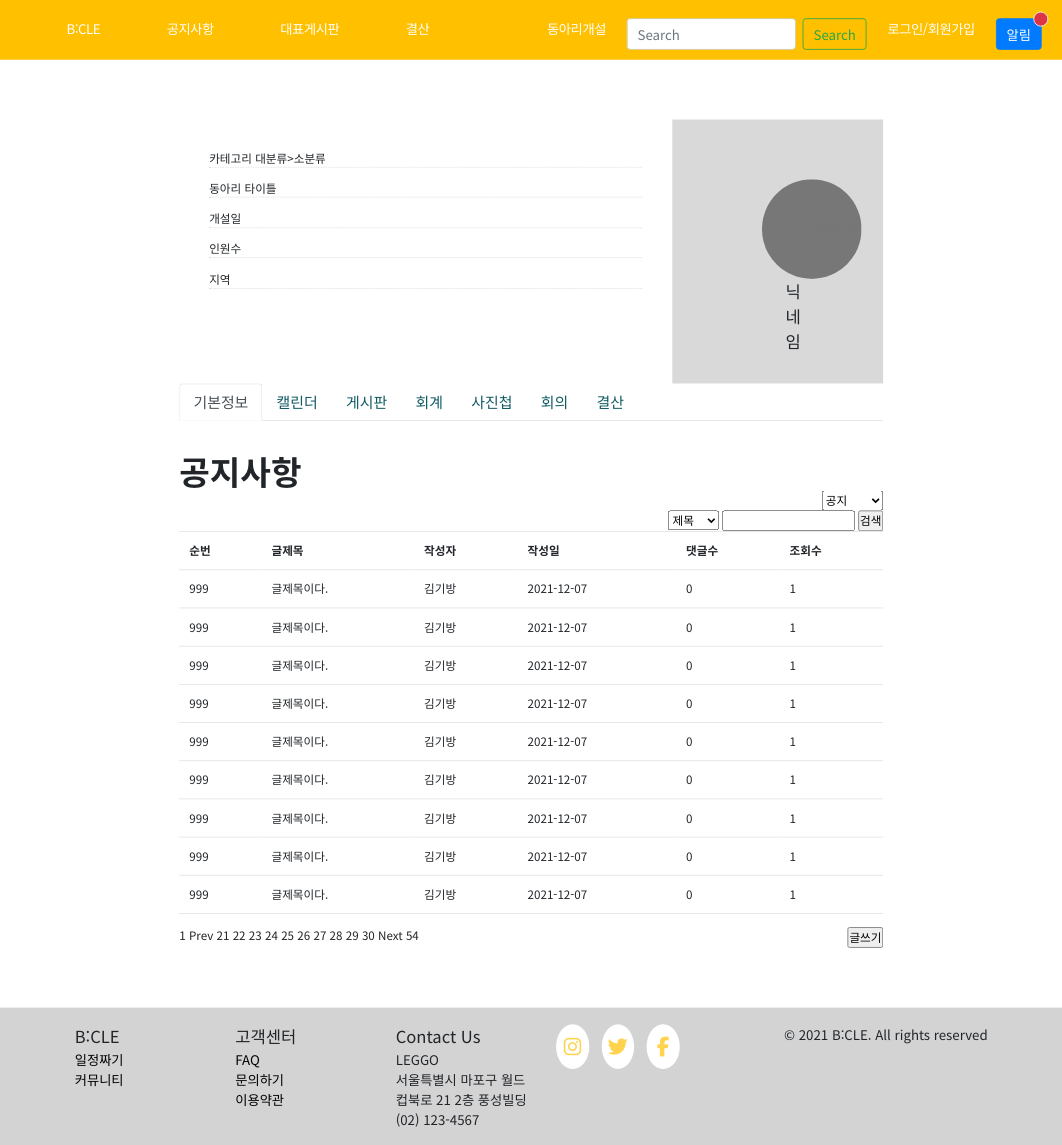
Repository: hyodii/FinalProject
Page: http://localhost/ViewPage/beenoticeList.jsp
The author's editor kept a copy of each file at every save. The page is drawn from the files as they stood at one save, then again after the next save.
The browser window is 1280 px wide. The pictures show the whole page, at 83% of full size.
Some web fonts or font styles are not loaded; a fallback is used. Some web libraries are served in a nearby version. The page is served by Tomcat 9.

Above is the page before, as saved 2021-12-13 05:44:02.
Console error: ReferenceError: $ is not defined

### ViewPage/WebContent/beenoticeList.jsp
<%@ page contentType="text/html; charset=UTF-8"%>
<%@ taglib prefix="c" uri="http://java.sun.com/jsp/jstl/core"%>
<%
   request.setCharacterEncoding("UTF-8");
   String cp = request.getContextPath();
%>
<!DOCTYPE html>
<html>
<head>
<meta charset="UTF-8">
<title>beenoticeList.jsp</title>
<style type="text/css">

/*    .left
   {
      float: left;
   }
   .right
   {
      float: right;
   }
 */


#wrap
{
	min-height: 100vh;
    position: relative;
    width: 100%;

}

#footer
{
	display: flex;
	justify-content: space-between;
}

#content
{
	margin: 5vh 30vh 10vh 30vh;
}

.boxsearch
{
	text-align: right;
}


</style>
</head>
<body>


<!--
 beenoticeList.jsp
-  동아리 내 게시판 > 공지사항
-->
<div id="wrap">
   <div>
      <!-- 메뉴 영역 -->
      <c:import url="nav.jsp"></c:import>

      <!-- 사이드바 영역  -->

      <!-- 동아리 공통 메인 -->
		<c:import url="meetingmain.jsp"></c:import>


		<!-- 콘텐츠 영역 -->
     <div id="content">
     	<div>
         <h1>공지사항</h1>
		</div>

		<div class="boxsearch">
			<div class="box">
				<div>
					<form action="" name="categoryForm" method="post">
						<select name="categoryKey" class="selectField">
							<option value="notice" selected="selected">공지</option>
							<option value="talk">자유글</option>
							<option value="greeting">가입인사</option>
							<option value="review">정모후기</option>
							<option value="question">문의글</option>
						</select>
					</form>
				</div>
			</div>

			<div id="search">
				<form action="" name="searchForm" method="post">
					<select name="searchKey" class="selectField">
						<option value="subject">제목</option>
						<option value="name">작성자</option>
					</select> <input type="text" name="searchValue" class="textField"> <input
							type="button" value="검색" class="btn2" onclick="sendIt()">
				</form>
			</div>
      	</div>

         <table id="" class="table" >
              <tr>
                 <!-- 항목 8EA -->
                 <th>순번</th>
                 <th>글제목</th>
                 <th>작성자</th>
                 <th>작성일</th>
                 <th>댓글수</th>
                 <th>조회수</th>
              </tr>

              <tr>
                 <td>999</td>
                 <td>글제목이다.</td>
                 <td>김기방</td>
                 <td>2021-12-07</td>
                 <td>0</td>
                 <td>1</td>
              </tr>
              <tr>
                 <td>999</td>
                 <td>글제목이다.</td>
                 <td>김기방</td>
                 <td>2021-12-07</td>
                 <td>0</td>
                 <td>1</td>
              </tr>
              <tr>
                 <td>999</td>
                 <td>글제목이다.</td>
                 <td>김기방</td>
                 <td>2021-12-07</td>
                 <td>0</td>
                 <td>1</td>
              </tr>
              <tr>
                 <td>999</td>
                 <td>글제목이다.</td>
                 <td>김기방</td>
                 <td>2021-12-07</td>
                 <td>0</td>
                 <td>1</td>
              </tr>
              <tr>
                 <td>999</td>
                 <td>글제목이다.</td>
                 <td>김기방</td>
                 <td>2021-12-07</td>
                 <td>0</td>
                 <td>1</td>
              </tr>
              <tr>
                 <td>999</td>
                 <td>글제목이다.</td>
                 <td>김기방</td>
                 <td>2021-12-07</td>
                 <td>0</td>
                 <td>1</td>
              </tr>
              <tr>
                 <td>999</td>
                 <td>글제목이다.</td>
                 <td>김기방</td>
                 <td>2021-12-07</td>
                 <td>0</td>
                 <td>1</td>
              </tr>
              <tr>
                 <td>999</td>
                 <td>글제목이다.</td>
                 <td>김기방</td>
                 <td>2021-12-07</td>
                 <td>0</td>
                 <td>1</td>
              </tr>
              <tr>
                 <td>999</td>
                 <td>글제목이다.</td>
                 <td>김기방</td>
                 <td>2021-12-07</td>
                 <td>0</td>
                 <td>1</td>
              </tr>

              </table>


        <div id="footer">
         <p>1 Prev 21 22 23 24 25 26 27 28 29 30 Next 54</p>
         <input type="button" value="글쓰기"
         onclick="javaScript:location.href='<%=cp %>/beenoticeCreated.jsp'"/>
      	</div>

     </div>



      <!-- 푸터 영역 -->
      <div>
      	<c:import url="footer2.jsp"></c:import>
      </div>



   </div>

</div>


</body>
</html>

### ViewPage/WebContent/nav.jsp
<%@ page contentType="text/html; charset=UTF-8"%>
<%@ taglib prefix="c" uri="http://java.sun.com/jsp/jstl/core"%>
<%
	request.setCharacterEncoding("UTF-8");
String cp = request.getContextPath();
%>
<!DOCTYPE html>
<html lang="ko">
<head>
<meta charset="UTF-8">
<meta name="viewport" content="width=device-width, initial-scale=1">
<title>B:CLE</title>
<!-- <link rel="stylesheet" href="css/main.css"> -->
<link rel="stylesheet" href="css/font-awesome.min.css">
<link
	href="https://cdn.jsdelivr.net/npm/bootstrap@5.1.3/dist/css/bootstrap.min.css"
	rel="stylesheet"
	integrity="sha384-1BmE4kWBq78iYhFldvKuhfTAU6auU8tT94WrHftjDbrCEXSU1oBoqyl2QvZ6jIW3"
	crossorigin="anonymous">

<style>
@import
	url('https://fonts.googleapis.com/css?family=Exo+2|Noto+Sans+KR&display=swap')
	;
/*reset*/
* {
	margin: 0;
	padding: 0;
}
body {
	margin: 0;
}
h1, h2, h3, h4, h5, h6, p, ul, ol, li, dl, dt, dd {
	margin: 0;
	padding: 0;
}
h1, h2, h3, h4, h5, h6 {
	font-weight: 700;
	font-size: inherit;
}
a {
	color: inherit;
	text-decoration: inherit;
}
img {
	vertical-align: middle;
}
a img {
	border: none;
}
li {
	list-style: none;
}
address, em, i, ul {
	font-style: normal;
}
.mo {
	display: none;
}
body {
	font-family: 'Noto Sans KR', sans-serif;
	font-size: 14px;
}
header {
	font-family: 'Noto Sans KR', sans-serif;
	letter-spacing: -0.5px;
	background: rgb(255, 192, 0);
	color: white;
	height: 10vh;
	width: 100%;
	position: relative;
	margin-top: -20px;
}
.mainHeader {
	width: 100%;
	margin-top: 20px;
	box-sizing: border-box;
	vertical-align: center;
}
.mainHeader .gnbMo {
	display: none;
}
.mainHeader .gnb {
	float: left;
	margin-left: 80px;
	margin-top: 3vh;
}
.mainHeader .gnb li {
	float: left;
	margin-right: 80px;
}
.mainHeader .gnb li a {
	display: block;
	width: 100%;
	height: 100%;
	text-align: center;
	color: #fff;
	font-size: 16px;
	text-decoration-line: none;
}
.mainHeader .gnb li a:hover, .mainHeader .gnb li a:focus {
	color: #ff8342;
}
.mainHeader .tnb {
	float: right;
	margin-top: 3vh;
}
.mainHeader .tnb li {
	float: left;
	margin-right: 25px;
}
.mainHeader .tnb li a {
	display: block;
	width: 100%;
	height: 100%;
	text-align: center;
	font-size: 16px;
	color: #fff;
	text-decoration-line: none;
}
.mainHeader .tnb li:nth-child(1) a i, .mainHeader .tnb li:nth-child(2) a i
	{
	font-size: 20px;
	margin-right: 8px;
}
.mainHeader .tnb li:last-child a {
	display: block;
	width: 105px;
	line-height: 2;
	border: 1px solid #fff;
	border-radius: 30px;
	margin-top: 35px;
}
.mainHeader .tnb li:last-child a i {
	margin-left: 5px;
}
.mainHeader .tnb li:last-child a:hover {
	background: #fff;
	color: #ff8342;
	transition: all 0.3s;
}
.btn-primary {
    color: #fff;
    background-color: #105b63;
    border-color: #105b63;
}
</style>


</head>
<body>
	<!--header-->
	<header>
		<div class="mainHeader">
			<nav class="gnb">
				<ul>
					<li><a href="#">B:CLE</a></li>
					<li><a href="#">공지사항</a></li>
					<li><a href="#">대표게시판</a></li>
					<li><a href="#">결산</a></li>
				</ul>
			</nav>
			<nav class="tnb">
				<ul>

					<li><a href="#">동아리개설</a></li>

					<li>
						<form class="d-flex">
							<input class="form-control me-2" type="search"
								placeholder="Search" aria-label="Search">
							<button class="btn btn-outline-success" type="submit">Search</button>
						</form>
					</li>




					<li><a href="#"></i>로그인/회원가입</a></li>
					<li><button type="button"
							class="btn btn-primary position-relative">
							알림 <span
								class="position-absolute top-0 start-100 translate-middle p-2 bg-danger border border-light rounded-circle">
								<span class="visually-hidden">New alerts</span>
							</span>
						</button></li>
				</ul>
			</nav>
			<nav class="gnbMo">
				<a href="#"><i class="fa fa-bars" aria-hidden="true"></i></a>
			</nav>
		</div>
	</header>
</body>
</html>

<!-- 검색부분에 쓸 부트스트랩 -->
<!--       <form class="d-flex">
        <input class="form-control me-2" type="search" placeholder="Search" aria-label="Search">
        <button class="btn btn-outline-success" type="submit">Search</button>
      </form> -->

### ViewPage/WebContent/meetingmain.jsp
<%@ page contentType="text/html; charset=UTF-8"%>
<%@ taglib prefix="c" uri="http://java.sun.com/jsp/jstl/core"%>
<%
	request.setCharacterEncoding("UTF-8");
	String cp = request.getContextPath();
%>
<!DOCTYPE html>
<html>
<head>
<meta charset="UTF-8">
<meta name="viewport" content="width=device-width, initial-scale=1">
<title>B:CLE</title>
<!-- <link rel="stylesheet" href="css/main.css"> -->
<link rel="stylesheet" href="css/font-awesome.min.css">
<link
	href="https://cdn.jsdelivr.net/npm/bootstrap@5.1.3/dist/css/bootstrap.min.css"
	rel="stylesheet"
	integrity="sha384-1BmE4kWBq78iYhFldvKuhfTAU6auU8tT94WrHftjDbrCEXSU1oBoqyl2QvZ6jIW3"
	crossorigin="anonymous">

<style>
@import
	url('https://fonts.googleapis.com/css?family=Exo+2|Noto+Sans+KR&display=swap')
	;
body {font-family: 'Noto Sans KR', sans-serif; font-size: 14px;}
/* .info {
	width: 100vh;
	height: 30vh;
	padding : 5vh;

}
.ProfileInfo {
	width: 70vh;
	height: 30vh;
	margin: 10vh 0vh 0vh 70vh;
} */
.info {
	height: 80%;
	width: 70%;
	padding : 5vh;
}
.ProfileInfo {
padding : 5vh;
width: 30%;
background-color : #D9D9D9;
}
.upper {
	margin: 10vh 30vh 0vh 30vh;
	position: fix;
	height: 60%;
	display: flex;
}
.nav{
margin:0vh 30vh 0vh 30vh;
color : #105b63;
font-size : 18px;
}
.nav-link {
    display: block;
    padding: 0.5rem 3rem;
    color: #0d6efd;
    text-decoration: none;
    transition: color .15s ease-in-out,background-color .15s ease-in-out,border-color .15s ease-in-out;
}
.nav-tabs .nav-link {
    margin-bottom: -1px;
    background: 0 0;
    border: 1px solid transparent;
    border-top-left-radius: .25rem;
    border-top-right-radius: .25rem;
    color : #105b63;
}
ul{
   list-style:none;
   }

.info ul li{
margin : 0vh 0vh 2vh 0vh;
border-bottom : 1px dotted #D9D9D9;
}
.col-lg-4{
margin : 5vh 10vh 0vh 10vh;
}
.col-lg-4 p{
margin-left : 4vh;
}
</style>
</head>

<body>

	<div class="upper">
		<div class=info>
		<ul>
		<li>카테고리 대분류>소분류</li>
				<li>동아리 타이틀</li>
						<li>개설일</li>
								<li>인원수</li>
										<li>지역</li>
		</ul>
		</div>
		<div class="ProfileInfo">
		<div class="row">
			<div class="col-lg-4">
			  <svg class="bd-placeholder-img rounded-circle" width="120" height="120" xmlns="http://www.w3.org/2000/svg" role="img" aria-label="Placeholder: 140x140" preserveAspectRatio="xMidYMid slice" focusable="false"><title>Placeholder</title><rect width="100%" height="100%" fill="#777"/><text x="50%" y="50%" fill="#777" dy=".3em">140x140</text></svg>

			  <p style= "font-size : 20px;">닉네임</p>
			</div>

		</div>
		</div>
	</div>


	<nav>
		<div class="nav nav-tabs" id="nav-tab" role="tablist">
			<a class="nav-item nav-link active" id="nav-home-tab" data-toggle="tab" href="#nav-home" role="tab"
				aria-controls="nav-home" aria-selected="true">기본정보</a> <a
				class="nav-item nav-link" id="nav-profile-tab" data-toggle="tab"
				href="#nav-profile" role="tab" aria-controls="nav-profile"
				aria-selected="false">캘린더</a>
				<a class="nav-item nav-link"
				id="nav-contact-tab" data-toggle="tab" href="#nav-contact"
				role="tab" aria-controls="nav-contact" aria-selected="false">게시판</a>
								<a class="nav-item nav-link"
				id="nav-contact-tab" data-toggle="tab" href="#nav-contact"
				role="tab" aria-controls="nav-contact" aria-selected="false">회계</a>
								<a class="nav-item nav-link"
				id="nav-contact-tab" data-toggle="tab" href="#nav-contact"
				role="tab" aria-controls="nav-contact" aria-selected="false">사진첩</a>
								<a class="nav-item nav-link"
				id="nav-contact-tab" data-toggle="tab" href="#nav-contact"
				role="tab" aria-controls="nav-contact" aria-selected="false">회의</a>
								<a class="nav-item nav-link"
				id="nav-contact-tab" data-toggle="tab" href="#nav-contact"
				role="tab" aria-controls="nav-contact" aria-selected="false">결산</a>
		</div>
	</nav>
	<script type="text/javascript">
	$('#myTab a').on('click', function (e) {
		  e.preventDefault()
		  $(this).tab('show')
		})
	</script>



</body>

<script src="https://code.jquery.com/jquery-3.2.1.slim.min.js" integrity="sha384-KJ3o2DKtIkvYIK3UENzmM7KCkRr/rE9/Qpg6aAZGJwFDMVNA/GpGFF93hXpG5KkN" crossorigin="anonymous"></script>
<script src="https://cdnjs.cloudflare.com/ajax/libs/popper.js/1.12.9/umd/popper.min.js" integrity="sha384-ApNbgh9B+Y1QKtv3Rn7W3mgPxhU9K/ScQsAP7hUibX39j7fakFPskvXusvfa0b4Q" crossorigin="anonymous"></script>
<script src="https://maxcdn.bootstrapcdn.com/bootstrap/4.0.0/js/bootstrap.min.js" integrity="sha384-JZR6Spejh4U02d8jOt6vLEHfe/JQGiRRSQQxSfFWpi1MquVdAyjUar5+76PVCmYl" crossorigin="anonymous"></script>


</html>

### ViewPage/WebContent/footer2.jsp
<%@ page contentType="text/html; charset=UTF-8"%>
<%@ taglib prefix="c" uri="http://java.sun.com/jsp/jstl/core"%>
<%
	request.setCharacterEncoding("UTF-8");
	String cp = request.getContextPath();
%>
<!DOCTYPE html>
<html>
<head>
<meta charset="utf-8">
<title>B:CLE Footer(예비용)</title>

<link
	href="https://cdn.jsdelivr.net/npm/bootstrap@4.4.1/dist/css/bootstrap.min.css"
	rel="stylesheet">
<script
	src="https://cdn.jsdelivr.net/npm/bootstrap@4.4.1/dist/js/bootstrap.bundle.min.js"></script>
<link rel="preconnect" href="https://fonts.googleapis.com">
<link rel="preconnect" href="https://fonts.gstatic.com">
<link
	href="https://fonts.googleapis.com/css2?family=Noto+Sans+KR:wght@400;700&display=swap"
	rel="stylesheet">
<script src="https://kit.fontawesome.com/dab690a483.js" crossorigin="anonymous"></script>
<style type="text/css">

/*reset*/
* {margin: 0;padding: 0;}
body {margin: 0;}
h1, h2, h3, h4, h5, h6, p, ul, ol, li, dl, dt, dd {margin: 0; padding: 0;}
h1, h2, h3, h4, h5, h6 {font-weight: 700; }
a {color: inherit; text-decoration: inherit;}
img {vertical-align: middle;}
a img {border: none;}
li {list-style: none;}
address, em, i, ul {font-style: normal;}

/*layout*/
.mo {display: none;}
.en {font-family: 'Exo 2', sans-serif;}
body {font-family: 'Noto Sans KR', sans-serif; font-size: 14px;}
.wrap {margin: 0 auto; }

#footer-wrapper
{
	background-color: lightgray;
	font-family: 'Noto Sans KR', sans-serif;
	font-size: 12pt;
	/* position:fixed; */
}
.title
{
	font-family: 'Noto Sans KR', sans-serif;
	font-size: 15pt;
}

.container
{
	padding: 20px;
}

ul
{
   list-style:none;
   padding-left:0px;
}
a.menuitem
{
	text-decoration: none;
	text-align: center;
	color: black;
}
a.menuitem:hover
{
	color: #105B63;
}


.second-box
{
  display: flex;
  justify-content: flex-end;
}

.icon
{
  /* width: 40%; */
  display: flex;
  justify-content: flex-end;
  color: #FFD34E
}

.icon-box
{
  width: 54px;
  height: 54px;
  background-color: white;
  border-radius: 50%;
  margin-right: 15px;
  display: flex;
  justify-content: center;
  align-items: center;
}

.icon
{
  font-size: 24px;
}
.icon:hover {
  color: #105B63;
}

</style>

</head>
<body>

<!-- Footer -->
<div id="footer-wrapper">
	<footer id="footer" class="container">
		<div class="row">
			<div class="col-3 col-6-medium col-12-small">

				<!-- Links -->
					<section class="widget links">
						<div class="title">B:CLE</div>
						<ul class="style2">
							<li><a href="#" class="menuitem">일정짜기</a></li>
							<li><a href="mainhome.action" class="menuitem">커뮤니티</a></li>
							<!-- <li><a href="#">Felis varius pellentesque potenti</a></li>
							<li><a href="#">Nullam scelerisque blandit leo</a></li> -->
						</ul>
					</section>

			</div>
			<div class="col-3 col-6-medium col-12-small">

				<!-- Links -->
					<section class="widget links">
						<div class="title">고객센터</div>
						<ul class="style2">
							<li><a href="#" class="menuitem">FAQ</a></li>
							<li><a href="#" class="menuitem">문의하기</a></li>
							<li><a href="#" class="menuitem">이용약관</a></li>
							<!-- <li><a href="#">Felis varius pellentesque potenti</a></li>
							<li><a href="#">Nullam scelerisque blandit leo</a></li> -->
						</ul>
					</section>

			</div>

			<div class="col-3 col-6-medium col-12-small">

				<!-- Contact -->
					<section class="widget contact last">
						<div class="title">Contact Us</div>

						<p class="menuitem">LEGGO<br />
						서울특별시 마포구 월드컵북로 21 2층 풍성빌딩<br />
						(02) 123-4567</p>
					</section>

			</div>

			<div class="col-3 col-6-medium col-12-small">

				<!-- 아이콘 -->
				<!-- <section class="widget contact last icon"> -->
					<div class="second-box">
			              <div class="icon-box">
			                  <i class="fab fa-instagram icon"></i>
			              </div>
			              <div class="icon-box">
			                  <i class="fab fa-twitter icon"></i>
			              </div>
			              <div class="icon-box">
			                  <i class="fab fa-facebook-f icon"></i>
			              </div>
					</div>
				<!-- </section> -->

			</div>

		</div>

		<div class="row">
			<div class="col-12">
				<div id="copyright">
					<ul class="menu" style="text-align: center;">
						<li>&copy; 2021 B:CLE. All rights reserved</li>
					</ul>
				</div>
			</div>
		</div>
	</footer>
</div>

</body>
</html>

After the next save:
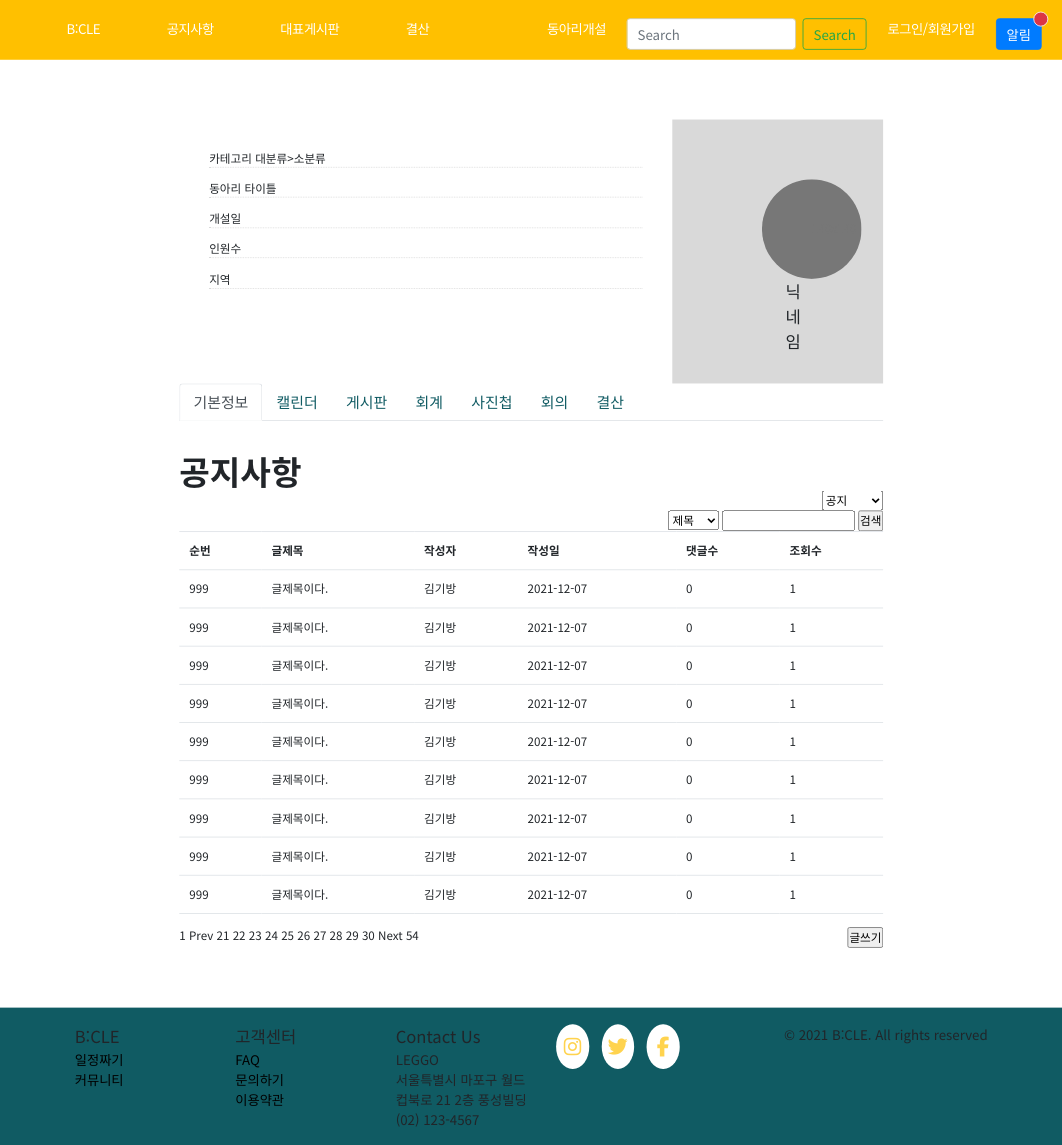
Saved 8 min 36 s later.
--- a/ViewPage/WebContent/footer2.jsp
+++ b/ViewPage/WebContent/footer2.jsp
@@ -42,7 +42,7 @@ body {font-family: 'Noto Sans KR', sans-serif; font-size: 14px;}
 
 #footer-wrapper
 {
-	background-color: lightgray;
+	background-color: #105B63;
 	font-family: 'Noto Sans KR', sans-serif;
 	font-size: 12pt;
 	/* position:fixed; */
